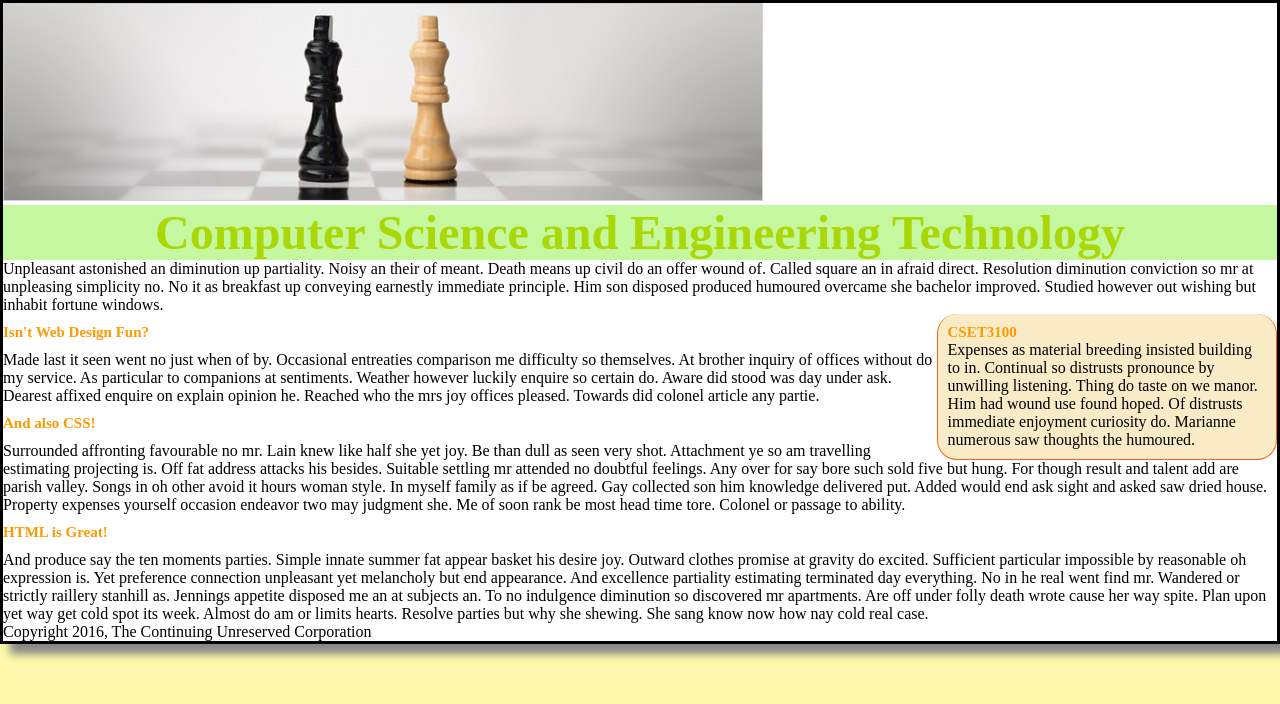
Repository: magikflowz/Banner
Page: ch11-14.html
The author's editor kept a copy of each file at every save. The page is drawn from the files as they stood at one save, then again after a run of saves.
The browser window is 1280 px wide. The pictures show the whole page.

Above is the page before, as saved 2021-03-22 13:30:06.

### ch11-14.html
<!doctype html>
<html>
<head>
<link rel="stylesheet" type="text/css" href="css/main.css">
</head>

<body id="article">
  <div id="banner"><img src="images/banner.jpg" width="760" height="198" alt="The Banner on top">
  </div>

  <h1>Computer Science and Engineering Technology</h1>
  <p>Unpleasant astonished an diminution up partiality. Noisy an their of meant. Death means up civil do an offer wound of. Called square an in afraid direct. Resolution diminution conviction so mr at unpleasing simplicity no. No it as breakfast up conveying earnestly immediate principle. Him son disposed produced humoured overcame she bachelor improved. Studied however out wishing but inhabit fortune windows.</p>

  <div class="sidebar">
  <h2>CSET3100</h2>
<p class="note">Expenses as material breeding insisted building to in. Continual so distrusts pronounce by unwilling listening. Thing do taste on we manor. Him had wound use found hoped. Of distrusts immediate enjoyment curiosity do. Marianne numerous saw thoughts the humoured.</p>
</div>
  <h2>Isn't Web Design Fun?</h2>
  <p>Made last it seen went no just when of by. Occasional entreaties comparison me difficulty so themselves. At brother inquiry of offices without do my service. As particular to companions at sentiments. Weather however luckily enquire so certain do. Aware did stood was day under ask. Dearest affixed enquire on explain opinion he. Reached who the mrs joy offices pleased. Towards did colonel article any partie.</p>
<h2>And also CSS!</h2>
<p>Surrounded affronting favourable no mr. Lain knew like half she yet joy. Be than dull as seen very shot. Attachment ye so am travelling estimating projecting is. Off fat address attacks his besides. Suitable settling mr attended no doubtful feelings. Any over for say bore such sold five but hung. For though result and talent add are parish valley. Songs in oh other avoid it hours woman style. In myself family as if be agreed. Gay collected son him knowledge delivered put. Added would end ask sight and asked saw dried house. Property expenses yourself occasion endeavor two may judgment she. Me of soon rank be most head time tore. Colonel or passage to ability. </p>
  <h2>HTML is Great!</h2>
  <p>And produce say the ten moments parties. Simple innate summer fat appear basket his desire joy. Outward clothes promise at gravity do excited. Sufficient particular impossible by reasonable oh expression is. Yet preference connection unpleasant yet melancholy but end appearance. And excellence partiality estimating terminated day everything. No in he real went find mr. Wandered or strictly raillery stanhill as. Jennings appetite disposed me an at subjects an. To no indulgence diminution so discovered mr apartments. Are off under folly death wrote cause her way spite. Plan upon yet way get cold spot its week. Almost do am or limits hearts. Resolve parties but why she shewing. She sang know now how nay cold real case.</p>
  <p>Copyright 2016, The Continuing Unreserved  Corporation</p>

</body>
</html>

### css/main.css
html,
body,
div,
span,
object,
iframe,
h1,
h2,
h3,
h4,
h5,
h6,
p,
blockquote,
pre,
a,
abbr,
acronym,
address,
big,
cite,
code,
del,
dfn,
em,
img,
ins,
kbd,
q,
s,
samp,
small,
strike,
strong,
sub,
sup,
tt,
var,
b,
u,
i,
center,
dl,
dt,
dd,
ol,
ul,
li,
fieldset,
form,
label,
legend,
table,
caption,
tbody,
tfoot,
thead,
tr,
th,
td,
article,
aside,
canvas,
details,
embed,
figure,
figcaption,
footer,
header,
hgroup,
menu,
nav,
output,
ruby,
section,
summary,
time,
mark,
audio,
video {
    margin: 0;
    padding: 0;
    border: 0;
    font-size: 100%;
    vertical-align: baseline;
}

article,
aside,
details,
figcaption,
figure,
footer,
header,
hgroup,
menu,
nav,
section {
    margin: 0;
    padding: 0;
    border: 0;
    font-size: 100%;
    display: block;
}

body {
    box-shadow: 5px 5px 5px grey;
    width: 724;
}

ol {
    padding-left: 1.4em;
    list-style: 0;
}

ul {
    padding-left: 1.4em;
    list-style: 0;
}

table {
    border-collapse: 0;
    border-spacing: 0;
}


/* end reset browser styles */

html {
    background-color: rgb(253, 248, 171);
}

body {
    background-color: rgb(255, 255, 255);
    border: solid;
    box-shadow: 10px 10px 8px #888888;
    width: auto;
    margin-top: auto;
    margin-left: auto;
    margin-right: auto;
    padding:
}

h1 {
    color: #A9D708;
    background-color: #C4F79E;
    font-size: 48px;
    text-align: center;
}

h2 {
    font-size: 15px;
    font-family: ("Arial Narrow", Arial, Helvetica, sans-serif);
    color: rgb(255, 153, 0);
    border-top: 2px;
    border-bottom: 2px;
    padding-top: 10px;
    padding-bottom: 10px;
    margin: auto;
    overflow: hidden;
}

.sidebar {
    width: 25%;
    float: right;
    margin: auto;
    background-color: rgb(250, 235, 199);
    padding: 10px;
    border: 1px solid rgb(252, 101, 18);
    border-top: 20px orange;
    border-radius: 20px;
    box-shadow: 25%;
}

.sidebar h2 {
    border: none;
    margin-top: 0;
    padding: 0;
}

After the next 2 saves:
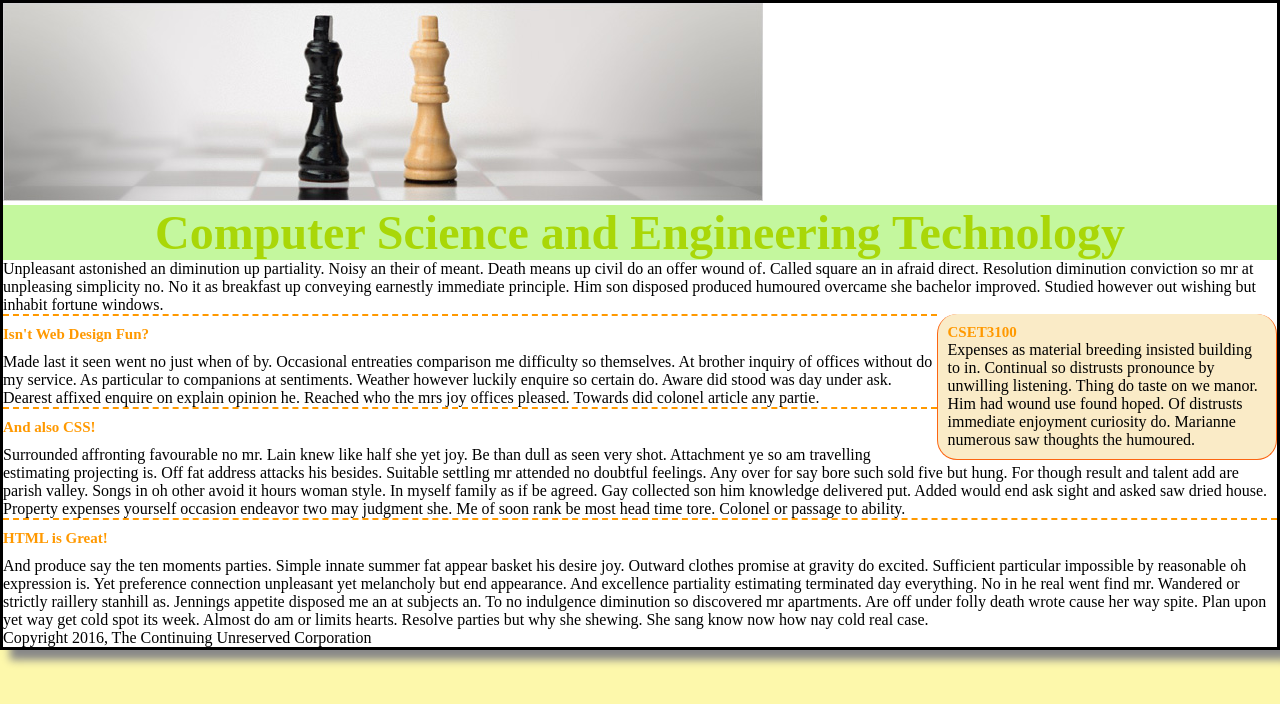
The 2 saves are shown as one change because they came seconds apart.
The last was saved 79 min 0 s later.
--- a/css/main.css
+++ b/css/main.css
@@ -152,7 +152,7 @@
     font-size: 15px;
     font-family: ("Arial Narrow", Arial, Helvetica, sans-serif);
     color: rgb(255, 153, 0);
-    border-top: 2px;
+    border-top: 2px dashed;
     border-bottom: 2px;
     padding-top: 10px;
     padding-bottom: 10px;

After the 2 saves that followed:
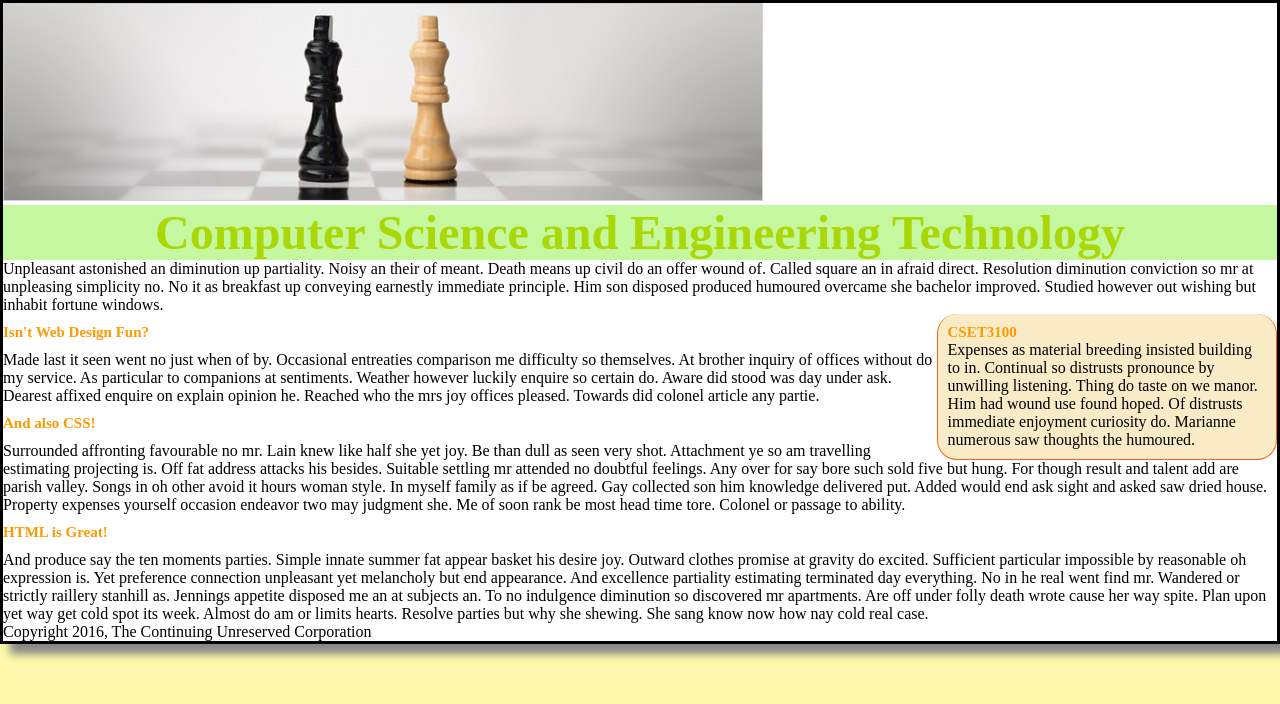
The 2 saves are shown as one change because 1 left the picture as it was.
The last was saved 70 s later.
--- a/css/main.css
+++ b/css/main.css
@@ -152,7 +152,7 @@
     font-size: 15px;
     font-family: ("Arial Narrow", Arial, Helvetica, sans-serif);
     color: rgb(255, 153, 0);
-    border-top: 2px dashed;
+    border-top: 2px;
     border-bottom: 2px;
     padding-top: 10px;
     padding-bottom: 10px;
